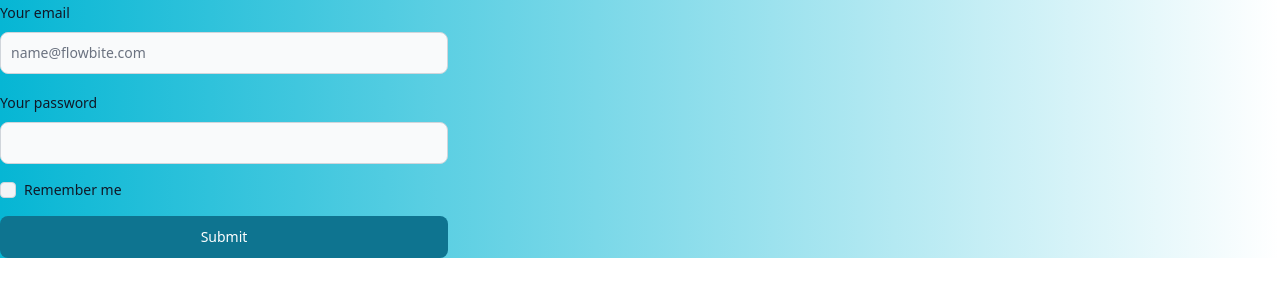
Repository: PrzemyslawJura/Frontend
Page: /
An editor plug-in stored every save of this project. The page is shown before and after the next save, followed by the edit.
The browser window is 1280 px wide. The pictures show the whole page.
The project was rebuilt for these pictures with package versions that can differ from the ones it lists, and the page was loaded fresh each time. Also part of the build but not shown: vite.config.ts.

Above is the page before, as saved 2024-07-24 11:30:29.

After the next save:
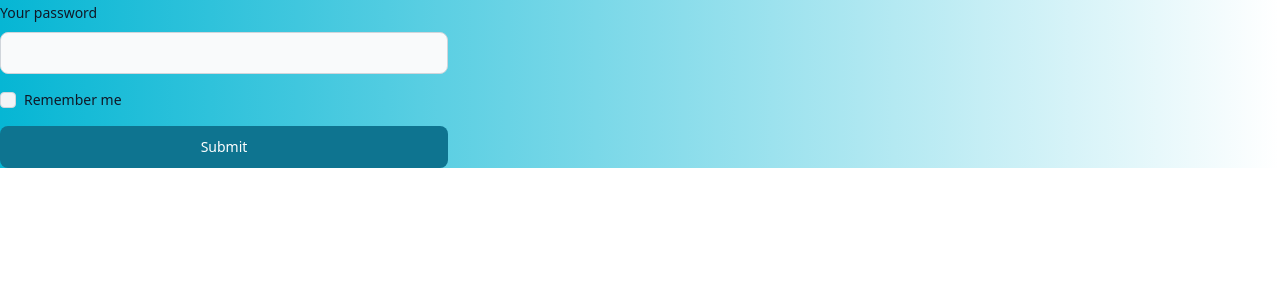
Saved 29 s later.
--- a/src/components/form/LoginForm.tsx
+++ b/src/components/form/LoginForm.tsx
@@ -5,12 +5,6 @@ import { Button, Checkbox, Label, TextInput } from "flowbite-react";
 export function LoginForm() {
   return (
     <form className="flex max-w-md flex-col gap-4">
-      <div>
-        <div className="mb-2 block">
-          <Label htmlFor="email1" value="Your email" />
-        </div>
-        <TextInput id="email1" type="email" placeholder="name@flowbite.com" required />
-      </div>
       <div>
         <div className="mb-2 block">
           <Label htmlFor="password1" value="Your password" />
